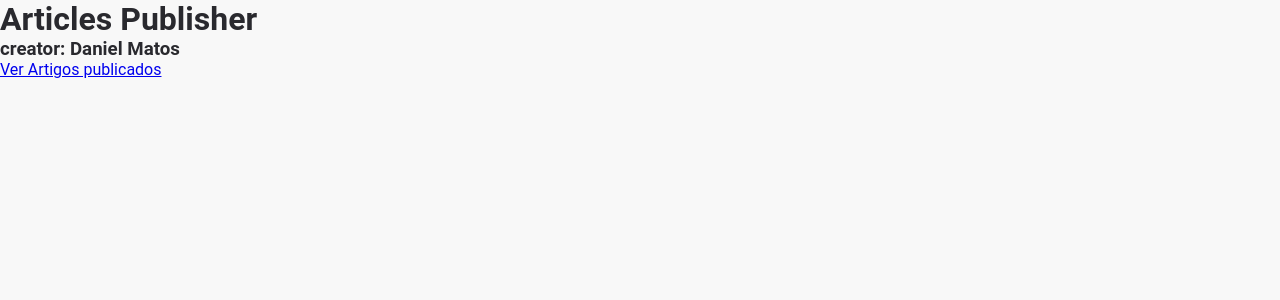
Repository: batmit/publish_articles
Page: /
The author's editor kept a copy of each file at every save. The page is drawn from the files as they stood at one save, then again after a run of saves.
The browser window is 1280 px wide. The pictures show the whole page.
The project was rebuilt for these pictures with package versions that can differ from the ones it lists, and the page was loaded fresh each time. Also part of the build but not shown: src/styles/Home.scss.

Above is the page before, as saved 2021-06-28 21:31:31.

### public/index.html
<!DOCTYPE html>
<html lang="en">
  <head>
    <meta charset="utf-8" />
    <meta name="viewport" content="width=device-width, initial-scale=1" />
    <meta name="theme-color" content="#000000" />
    <meta
      name="description"
      content="Web site created using create-react-app"
    />
    <title>publish_articles</title>
  </head>
  <body>
    <noscript>You need to enable JavaScript to run this app.</noscript>
    <div id="root"></div>
    <!--
      This HTML file is a template.
      If you open it directly in the browser, you will see an empty page.

      You can add webfonts, meta tags, or analytics to this file.
      The build step will place the bundled scripts into the <body> tag.

      To begin the development, run `npm start` or `yarn start`.
      To create a production bundle, use `npm run build` or `yarn build`.
    -->
  </body>
</html>

### src/App.tsx
import React from 'react';

import {Home} from './pages/Home';

import './styles/global.scss';

import { BrowserRouter, Route } from 'react-router-dom';


function App() {
  return (

      <BrowserRouter>

        <Route path='/' exact component={Home} />

      </BrowserRouter>

  );
}

export default App;

### src/pages/Home.tsx
import '../styles/Home.scss'

import { Link } from 'react-router-dom';


export function Home() {
    return (
        <>
            <header>

                <h1>Articles Publisher</h1>
                <h3>creator: Daniel Matos</h3>

            </header>

            <main>

                <Link to=''>Ver Artigos publicados</Link>

            </main>
        </>


    );
}

### src/styles/global.scss
* {
    margin: 0;
    padding: 0;
    box-sizing: boder-box;
}

body{
    background: #f8f8f8;
    color: #29292e;
}

body, input, button, textarea {
    font: 400 16px 'Roboto', sans-serif ; // se não rodar o Roboto pega o sans-serif
}

Loaded but not shown: src/index.tsx (common file)

After the next 3 saves:
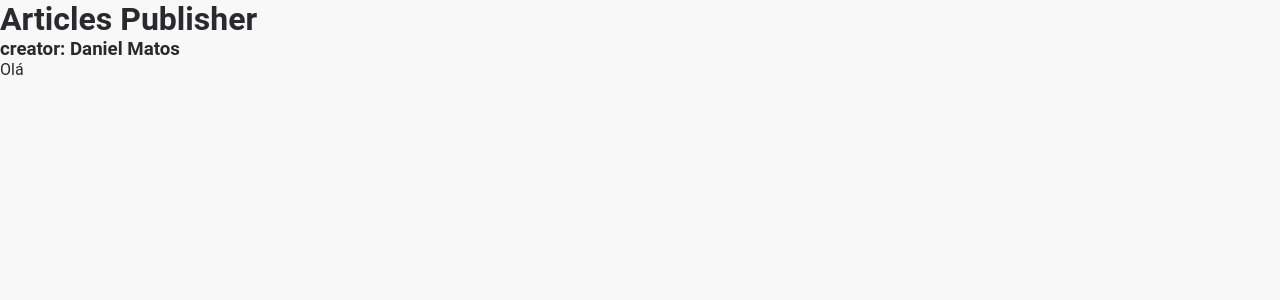
The 3 saves are shown as one change because 2 did not build or start.
The last was saved 2 min 22 s later.
--- a/src/App.tsx
+++ b/src/App.tsx
@@ -4,17 +4,12 @@ import {Home} from './pages/Home';
 
 import './styles/global.scss';
 
-import { BrowserRouter, Route } from 'react-router-dom';
 
 
 function App() {
   return (
 
-      <BrowserRouter>
-
-        <Route path='/' exact component={Home} />
-
-      </BrowserRouter>
+      <Home />
 
   );
 }
--- a/src/pages/Home.tsx
+++ b/src/pages/Home.tsx
@@ -1,6 +1,4 @@
 import '../styles/Home.scss'
-
-import { Link } from 'react-router-dom';
 
 
 export function Home() {
@@ -15,8 +13,7 @@ export function Home() {
 
             <main>
 
-                <Link to=''>Ver Artigos publicados</Link>
-
+                <p>Olá</p>
             </main>
         </>
 
